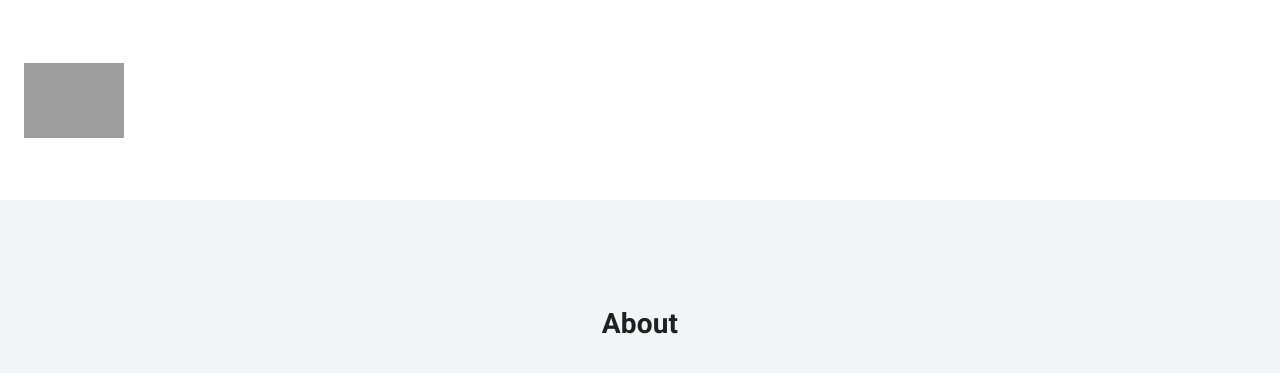
Repository: vinuvish/groundstandards_react
Page: /
The author's editor kept a copy of each file at every save. The page is drawn from the files as they stood at one save, then again after the next save.
The browser window is 1280 px wide. The pictures show the whole page.
Pictures or frames that could not be fetched are drawn as grey boxes. The page's requests for data from a server got no answer. The project was rebuilt for these pictures with package versions that can differ from the ones it lists, and the page was loaded fresh each time. No one was signed in, and anything a server would have sent is missing. Also part of the build but not shown: src/pages/app/NotFoundPage.tsx, src/pages/app/SignUpPage.tsx, src/pages/app/AboutPage.tsx, src/pages/app/OurSolutionPage.tsx, src/pages/app/OurPartnerPage.tsx, src/pages/app/ResourcePage.tsx, src/pages/app/PressPage.tsx, src/pages/app/BlockPage.tsx and 1 more.

Above is the page before, as saved 2020-11-25 22:38:21.

After the next save:
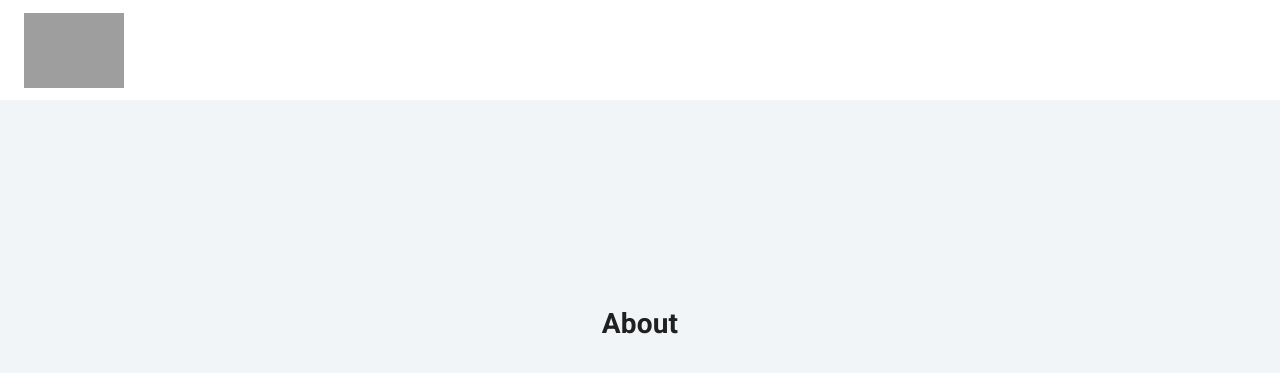
Saved 9 s later.
--- a/src/components/ZAppBar.tsx
+++ b/src/components/ZAppBar.tsx
@@ -164,7 +164,7 @@ const useStyles = makeStyles((theme: Theme) =>
       maxWidth: 100,
     },
     toolBar: {
-      height: 200,
+      height: 100,
     }
   })
 );
